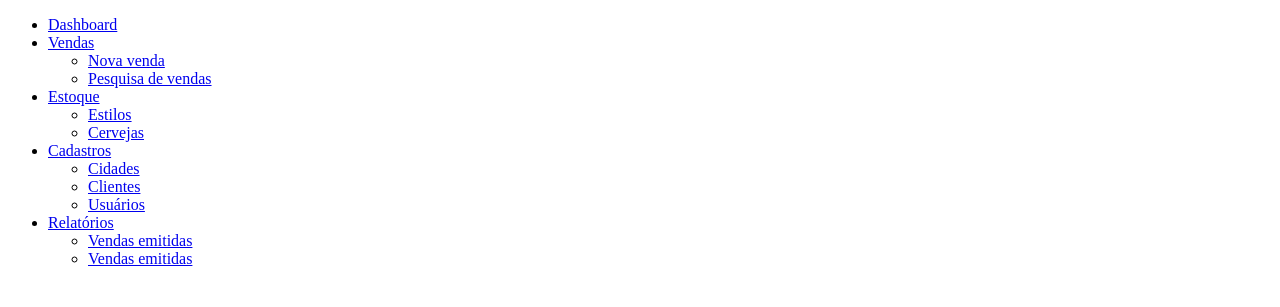
Repository: PedroMazocco/Brewer
Page: http://localhost/layout/fragments/MenuLateral
An editor plug-in stored every save of this project. The page is shown before and after the next save, followed by the edit.
The browser window is 1280 px wide. The pictures show the whole page.
The page is this project's Thymeleaf template; nobody is signed in. The template is opened directly, without the code that normally fills it, so the values that code supplies are empty.

Above is the page before, as saved 2024-10-13 17:38:21.

After the next save:
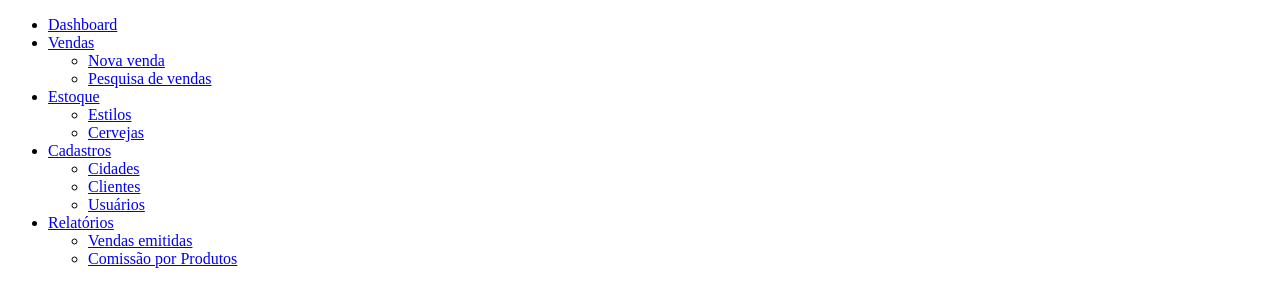
Saved 23 s later.
--- a/brewer/src/main/resources/templates/layout/fragments/MenuLateral.html
+++ b/brewer/src/main/resources/templates/layout/fragments/MenuLateral.html
@@ -77,7 +77,7 @@
 			            	<a th:href="@{/relatorios/vendasEmitidas}">Vendas emitidas</a>
 			            </li>
 			            <li class="aw-menu__item  aw-menu__item--link" brewer:menu="@{/relatorios.*}">
-			            	<a th:href="@{/relatorios/comissaoProdutos}">Vendas emitidas</a>
+			            	<a th:href="@{/relatorios/comissaoProdutos}">Comiss&atilde;o por Produtos</a>
 			            </li>
           			</ul>
         		</li>
